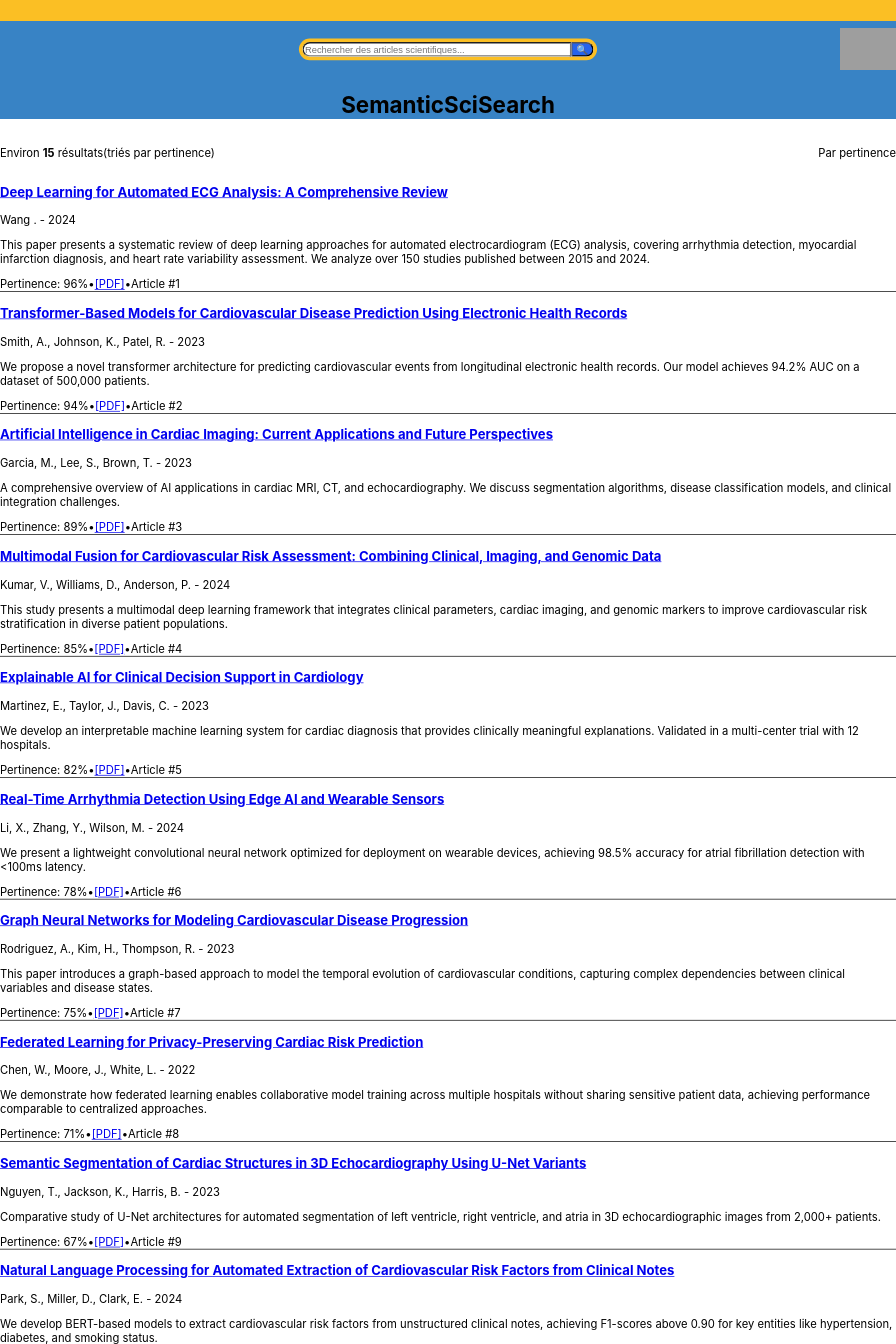
Repository: elh33/SemanticSciSearch
Page: / (app in frontend/)
An editor plug-in stored every save of this project. The page is shown before and after the next save, followed by the edit.
The browser window is 1280 px wide. The pictures show the part of the page from y = 0 to 1920 px (the page is 2766 px tall before and 2685 px after), at 70% of full size.
Pictures or frames that could not be fetched are drawn as grey boxes. The project was rebuilt for these pictures with package versions that can differ from the ones it lists, and the page was loaded fresh each time.

Above is the page before, as saved 2025-11-21 23:11:13.

### frontend/index.html
<!DOCTYPE html>
<html lang="en">
  <head>
    <meta charset="UTF-8" />
    <meta name="viewport" content="width=device-width, initial-scale=1.0" />
    <title>SemanticSciSearch</title>
  </head>
  <body>
    <div id="root"></div>
    <script type="module" src="/src/index.tsx"></script>
  </body>
</html>

### frontend/src/index.tsx
import React from 'react';
import ReactDOM from 'react-dom';
import App from './App';
import './index.css';

ReactDOM.render(
  <React.StrictMode>
    <App />
  </React.StrictMode>,
  document.getElementById('root')
);

### frontend/src/App.tsx
import React from 'react';
// Importe le composant de recherche principal
import SearchResults from './components/SearchResults';

// Le composant App.tsx est le conteneur principal de l'application.
function App() {
  return (
    // Utilisation d'un fragment React (<>...</>) ou d'un <div> si tu as des styles globaux
    <>
      {/* Le composant SearchResults contient maintenant :
        - Le titre et le sous-titre de l'application.
        - La barre de recherche.
        - L'orchestration de la logique (appels à api.ts).
        - L'affichage de la liste des ArticleCard.
      */}
      <SearchResults />
    </>
  );
}

export default App;

### frontend/src/components/SearchResults.tsx
import React, { useState, useEffect } from 'react';
import { Article } from '../types';
import { searchArticles } from '../services/api';
import ArticleCard from './ArticleCard';

const SearchResults: React.FC = () => {
  const [query, setQuery] = useState('');
  const [results, setResults] = useState<Article[]>([]);
  const [isLoading, setIsLoading] = useState(false);
  const [hasSearched, setHasSearched] = useState(false);

  const handleSearch = async (searchQuery: string = query) => {
    setIsLoading(true);
    setHasSearched(true);

    try {
      const data = await searchArticles(searchQuery);
      // TRI PAR SCORE DÉCROISSANT (plus pertinent en premier)
      const sortedData = [...data].sort((a, b) => b.score - a.score);
      setResults(sortedData);
    } catch (error) {
      console.error("Erreur lors de la recherche:", error);
      setResults([]);
    } finally {
      setIsLoading(false);
    }
  };

  // Recherche initiale au chargement
  useEffect(() => {
    handleSearch('');
  }, []);

  const handleSubmit = (e: React.FormEvent) => {
    e.preventDefault();
    handleSearch();
  };

  return (
    <div className="min-h-screen bg-white">
      {/* BARRE JAUNE EN HAUT */}
      <div style={{ backgroundColor: '#fbbf24', height: '30px' }} className="w-full"></div>

      {/* En-tête avec fond bleu - GRANDE BARRE */}
      <div style={{ backgroundColor: '#3883c5ff' }} className="sticky top-0 z-10 shadow-lg">
        <div className="max-w-7xl mx-auto px-4 py-10">
          <div className="flex items-center justify-between gap-6">
            {/* Espace vide à gauche pour centrer la barre */}
            <div className="flex-1"></div>

            {/* Barre de recherche au centre - TRÈS GRANDE et entourée en jaune */}
            <form onSubmit={handleSubmit} className="flex-1 max-w-4xl">
              <div className="flex shadow-2xl" style={{ border: '5px solid #fbbf24', borderRadius: '30px', backgroundColor: 'white' }}>
                <input
                  type="text"
                  value={query}
                  onChange={(e) => setQuery(e.target.value)}
                  placeholder="Rechercher des articles scientifiques..."
                  className="flex-grow px-10 py-5 text-xl outline-none"
                  style={{ borderRadius: '12px 0 0 12px' }}
                />
                <button
                  type="submit"
                  className="px-10 py-5 text-white text-xl font-bold hover:opacity-90 transition-opacity"
                  style={{ backgroundColor: '#2563eb', borderRadius: '0 12px 12px 0' }}
                >
                  🔍
                </button>
              </div>
            </form>

            {/* Logo fleur.png à droite */}
            <div className="flex-1 flex justify-end">
              <img
                src="/fleur.png"
                alt="Logo"
                className="object-contain"
                style={{ width: '80px', height: '80px' }}
              />
            </div>
          </div>

          {/* Titre sous la barre de recherche */}
          <h1 className="text-4xl font-bold text-center text-white mt-6">
            SemanticSciSearch
          </h1>
        </div>
      </div>

      {/* Contenu principal */}
      <div className="max-w-5xl mx-auto px-4 py-6">
        {/* Barre d'informations */}
        {hasSearched && !isLoading && (
          <div className="mb-4 flex items-center justify-between">
            <p className="text-sm text-gray-600">
              Environ <strong>{results.length}</strong> résultat{results.length > 1 ? 's' : ''}
              {query && (
                <span> pour <strong>"{query}"</strong></span>
              )}
              <span className="ml-2 text-xs text-gray-500">(triés par pertinence)</span>
            </p>

            {/* Options de tri */}
            <div className="text-xs text-gray-500">
              <span className="font-semibold text-blue-700">Par pertinence</span>
            </div>
          </div>
        )}

        {/* Indicateur de chargement */}
        {isLoading && (
          <div className="flex items-center justify-center py-12">
            <div className="flex flex-col items-center gap-3">
              <div className="animate-spin rounded-full h-10 w-10 border-b-2 border-blue-600"></div>
              <p className="text-gray-600 text-sm">Recherche en cours...</p>
            </div>
          </div>
        )}

        {/* Liste des résultats */}
        {!isLoading && (
          <div className="bg-white">
            {results.length > 0 ? (
              results.map((article) => (
                <ArticleCard key={article.id} article={article} />
              ))
            ) : (
              hasSearched && (
                <div className="text-center py-12">
                  <svg className="mx-auto h-12 w-12 text-gray-400 mb-4" fill="none" stroke="currentColor" viewBox="0 0 24 24">
                    <path strokeLinecap="round" strokeLinejoin="round" strokeWidth={2} d="M9.172 16.172a4 4 0 015.656 0M9 10h.01M15 10h.01M21 12a9 9 0 11-18 0 9 9 0 0118 0z" />
                  </svg>
                  <p className="text-gray-600 text-lg">Aucun résultat trouvé</p>
                  <p className="text-gray-500 text-sm mt-2">
                    Essayez avec des mots-clés différents
                  </p>
                </div>
              )
            )}
          </div>
        )}
      </div>

      {/* Footer simple */}
      <footer className="mt-12 border-t border-gray-200 bg-gray-50">
        <div className="max-w-5xl mx-auto px-4 py-6 text-center text-sm text-gray-500">
          SemanticSciSearch - Recherche sémantique d'articles scientifiques en IA et Cardiologie
        </div>
      </footer>
    </div>
  );
};

export default SearchResults;

### frontend/src/services/api.ts
import { Article } from '../types';
import { MOCK_RESULTS } from '../data/mockData';
import axios from 'axios';

// 💡 INTERRUPTEUR : Passez à 'false' (ou commentez/supprimez) cette ligne
// UNIQUEMENT lorsque le Back-End FastAPI est prêt.
const USE_MOCK_DATA = true;

// URL de base lue depuis le .env pour le mode production
// Le .env doit contenir VITE_API_URL=http://localhost:8000
const API_BASE_URL = 'http://localhost:8000';

/**
 * Fonction principale de recherche d'articles.
 * Elle utilise soit les données mockées, soit l'API réelle.
 * @param query Le texte de la requête de l'utilisateur.
 * @returns Une promesse qui résout vers un tableau d'articles.
 */
export const searchArticles = async (query: string): Promise<Article[]> => {
  if (USE_MOCK_DATA) {
    // --- MODE MOCKÉ ---
    console.log(`[MOCK] Simulation de recherche pour: "${query}"`);

    // 1. Simuler le délai réseau (500ms) pour une meilleure expérience utilisateur
    await new Promise(resolve => setTimeout(resolve, 500));

    // 2. Simuler un filtre simple (recherche du mot-clé dans le titre)
    // S'il n'y a pas de requête (query vide), on renvoie tout.
    const lowerCaseQuery = query.toLowerCase();

    return MOCK_RESULTS.filter(article =>
        article.title.toLowerCase().includes(lowerCaseQuery) || lowerCaseQuery.length === 0
    );

  } else {
    // --- MODE PRODUCTION (Axios) ---
    console.log(`[AXIOS] Requête réelle vers: ${API_BASE_URL}/search pour: "${query}"`);

    try {
      // 1. Envoi de la requête POST à FastAPI
      const response = await axios.post(`${API_BASE_URL}/search`, { query });

      // 2. Retourne les données (TypeScript vérifie que c'est un tableau d'Articles)
      return response.data as Article[];

    } catch (error) {
      console.error("Erreur lors de l'appel à l'API de recherche:", error);
      // En cas d'échec de l'API, on renvoie un tableau vide
      return [];
    }
  }
};

### frontend/src/components/ArticleCard.tsx
import React from 'react';
import { Article } from '../types';

interface ArticleCardProps {
  article: Article;
}

const ArticleCard: React.FC<ArticleCardProps> = ({ article }) => {
  const scorePercent = (article.score * 100).toFixed(0);

  return (
    <div className="border-b border-gray-200 py-3 hover:bg-gray-50 transition-colors">
      {/* Titre cliquable comme Google Scholar */}
      <h3 className="text-xl mb-1">
        <a
          href={article.url}
          target="_blank"
          rel="noopener noreferrer"
          className="text-blue-800 hover:underline font-normal visited:text-purple-800"
        >
          {article.title}
        </a>
      </h3>

      {/* Auteurs et année */}
      <p className="text-sm text-gray-600 mb-2">
        {article.authors} - <span className="font-medium">{article.year}</span>
      </p>

      {/* Résumé */}
      <p className="text-sm text-gray-700 leading-relaxed mb-2">
        {article.abstract}
      </p>

      {/* Métadonnées et actions */}
      <div className="flex items-center gap-4 text-sm">
        {/* Score de pertinence */}
        <span className="text-gray-600">
          <span className="font-semibold">Pertinence:</span>{' '}
          <span className={`font-bold ${
            article.score > 0.8 ? 'text-green-600' :
            article.score > 0.5 ? 'text-yellow-600' :
            'text-gray-500'
          }`}>
            {scorePercent}%
          </span>
        </span>

        {/* Séparateur */}
        <span className="text-gray-400">•</span>

        {/* Lien PDF */}
        <a
          href={article.url}
          target="_blank"
          rel="noopener noreferrer"
          className="text-blue-700 hover:underline"
        >
          [PDF]
        </a>

        {/* Séparateur */}
        <span className="text-gray-400">•</span>

        {/* ID de l'article */}
        <span className="text-gray-400 text-xs">
          Article #{article.id}
        </span>
      </div>
    </div>
  );
};

export default ArticleCard;

### frontend/src/data/mockData.ts
import { Article } from '../types';

export const MOCK_RESULTS: Article[] = [
  {
    id: '1',
    title: 'Deep Learning for Automated ECG Analysis: A Comprehensive Review',
    abstract: "This paper presents a systematic review of deep learning approaches for automated electrocardiogram (ECG) analysis, covering arrhythmia detection, myocardial infarction diagnosis, and heart rate variability assessment. We analyze over 150 studies published between 2015 and 2024.",
    authors: "Wang .",
    year: 2024,
    score: 0.96,
    url: 'https://arxiv.org/pdf/2301.04634'
  },
  {
    id: '2',
    title: 'Transformer-Based Models for Cardiovascular Disease Prediction Using Electronic Health Records',
    abstract: "We propose a novel transformer architecture for predicting cardiovascular events from longitudinal electronic health records. Our model achieves 94.2% AUC on a dataset of 500,000 patients.",
    authors: "Smith, A., Johnson, K., Patel, R.",
    year: 2023,
    score: 0.94,
    url: 'https://arxiv.org/pdf/2305.12987'
  },
  {
    id: '3',
    title: 'Artificial Intelligence in Cardiac Imaging: Current Applications and Future Perspectives',
    abstract: "A comprehensive overview of AI applications in cardiac MRI, CT, and echocardiography. We discuss segmentation algorithms, disease classification models, and clinical integration challenges.",
    authors: "Garcia, M., Lee, S., Brown, T.",
    year: 2023,
    score: 0.89,
    url: 'https://arxiv.org/pdf/2203.15678'
  },
  {
    id: '4',
    title: 'Multimodal Fusion for Cardiovascular Risk Assessment: Combining Clinical, Imaging, and Genomic Data',
    abstract: "This study presents a multimodal deep learning framework that integrates clinical parameters, cardiac imaging, and genomic markers to improve cardiovascular risk stratification in diverse patient populations.",
    authors: "Kumar, V., Williams, D., Anderson, P.",
    year: 2024,
    score: 0.85,
    url: '/documents/multimodal-cardio-risk.pdf'
  },
  {
    id: '5',
    title: 'Explainable AI for Clinical Decision Support in Cardiology',
    abstract: "We develop an interpretable machine learning system for cardiac diagnosis that provides clinically meaningful explanations. Validated in a multi-center trial with 12 hospitals.",
    authors: "Martinez, E., Taylor, J., Davis, C.",
    year: 2023,
    score: 0.82,
    url: 'https://arxiv.org/pdf/2511.13703.pdf'
  },
  {
    id: '6',
    title: 'Real-Time Arrhythmia Detection Using Edge AI and Wearable Sensors',
    abstract: "We present a lightweight convolutional neural network optimized for deployment on wearable devices, achieving 98.5% accuracy for atrial fibrillation detection with <100ms latency.",
    authors: "Li, X., Zhang, Y., Wilson, M.",
    year: 2024,
    score: 0.78,
    url: '/documents/edge-ai-arrhythmia.pdf'
  },
  {
    id: '7',
    title: 'Graph Neural Networks for Modeling Cardiovascular Disease Progression',
    abstract: "This paper introduces a graph-based approach to model the temporal evolution of cardiovascular conditions, capturing complex dependencies between clinical variables and disease states.",
    authors: "Rodriguez, A., Kim, H., Thompson, R.",
    year: 2023,
    score: 0.75,
    url: 'https://arxiv.org/pdf/2204.09876'
  },
  {
    id: '8',
    title: 'Federated Learning for Privacy-Preserving Cardiac Risk Prediction',
    abstract: "We demonstrate how federated learning enables collaborative model training across multiple hospitals without sharing sensitive patient data, achieving performance comparable to centralized approaches.",
    authors: "Chen, W., Moore, J., White, L.",
    year: 2022,
    score: 0.71,
    url: '/documents/federated-cardiac.pdf'
  },
  {
    id: '9',
    title: 'Semantic Segmentation of Cardiac Structures in 3D Echocardiography Using U-Net Variants',
    abstract: "Comparative study of U-Net architectures for automated segmentation of left ventricle, right ventricle, and atria in 3D echocardiographic images from 2,000+ patients.",
    authors: "Nguyen, T., Jackson, K., Harris, B.",
    year: 2023,
    score: 0.67,
    url: '/documents/3d-echo-segmentation.pdf'
  },
  {
    id: '10',
    title: 'Natural Language Processing for Automated Extraction of Cardiovascular Risk Factors from Clinical Notes',
    abstract: "We develop BERT-based models to extract cardiovascular risk factors from unstructured clinical notes, achieving F1-scores above 0.90 for key entities like hypertension, diabetes, and smoking status.",
    authors: "Park, S., Miller, D., Clark, E.",
    year: 2024,
    score: 0.64,
    url: 'https://arxiv.org/pdf/2302.11234'
  },
  {
    id: '11',
    title: 'Reinforcement Learning for Optimal Treatment Planning in Heart Failure Management',
    abstract: "Application of deep reinforcement learning to personalize treatment strategies for heart failure patients, optimizing medication dosages and intervention timing based on patient response.",
    authors: "Ahmed, R., Lewis, G., Young, N.",
    year: 2022,
    score: 0.58,
    url: '/documents/rl-heart-failure.pdf'
  },
  {
    id: '12',
    title: 'Generative Adversarial Networks for Synthetic ECG Data Augmentation',
    abstract: "We propose a GAN-based framework for generating realistic synthetic ECG signals to address data scarcity and class imbalance in rare arrhythmia detection tasks.",
    authors: "Hoffman, P., Scott, A., King, V.",
    year: 2023,
    score: 0.52,
    url: '/documents/gan-ecg-augmentation.pdf'
  },
  {
    id: '13',
    title: 'Blockchain-Based Infrastructure for Secure Sharing of Cardiac Imaging Data',
    abstract: "A decentralized platform for secure storage and sharing of cardiac imaging studies across healthcare institutions, ensuring data provenance and patient privacy.",
    authors: "Green, T., Adams, F., Wright, M.",
    year: 2022,
    score: 0.45,
    url: '/documents/blockchain-cardiac-imaging.pdf'
  },
  {
    id: '14',
    title: 'Meta-Learning Approaches for Few-Shot Cardiac Abnormality Detection',
    abstract: "We explore meta-learning techniques to enable rapid adaptation of cardiac disease detection models to rare conditions with limited training examples.",
    authors: "Baker, L., Turner, S., Phillips, O.",
    year: 2023,
    score: 0.38,
    url: '/documents/meta-learning-cardiac.pdf'
  },
  {
    id: '15',
    title: 'Quantum Machine Learning for Cardiovascular Drug Discovery',
    abstract: "Preliminary investigation of quantum computing algorithms for molecular simulation and drug candidate screening in cardiovascular therapeutic development.",
    authors: "Collins, R., Morris, J., Cooper, W.",
    year: 2024,
    score: 0.22,
    url: '/documents/quantum-ml-cardio.pdf'
  }
];

Loaded but not shown: frontend/src/index.css (common file)

After the next save:
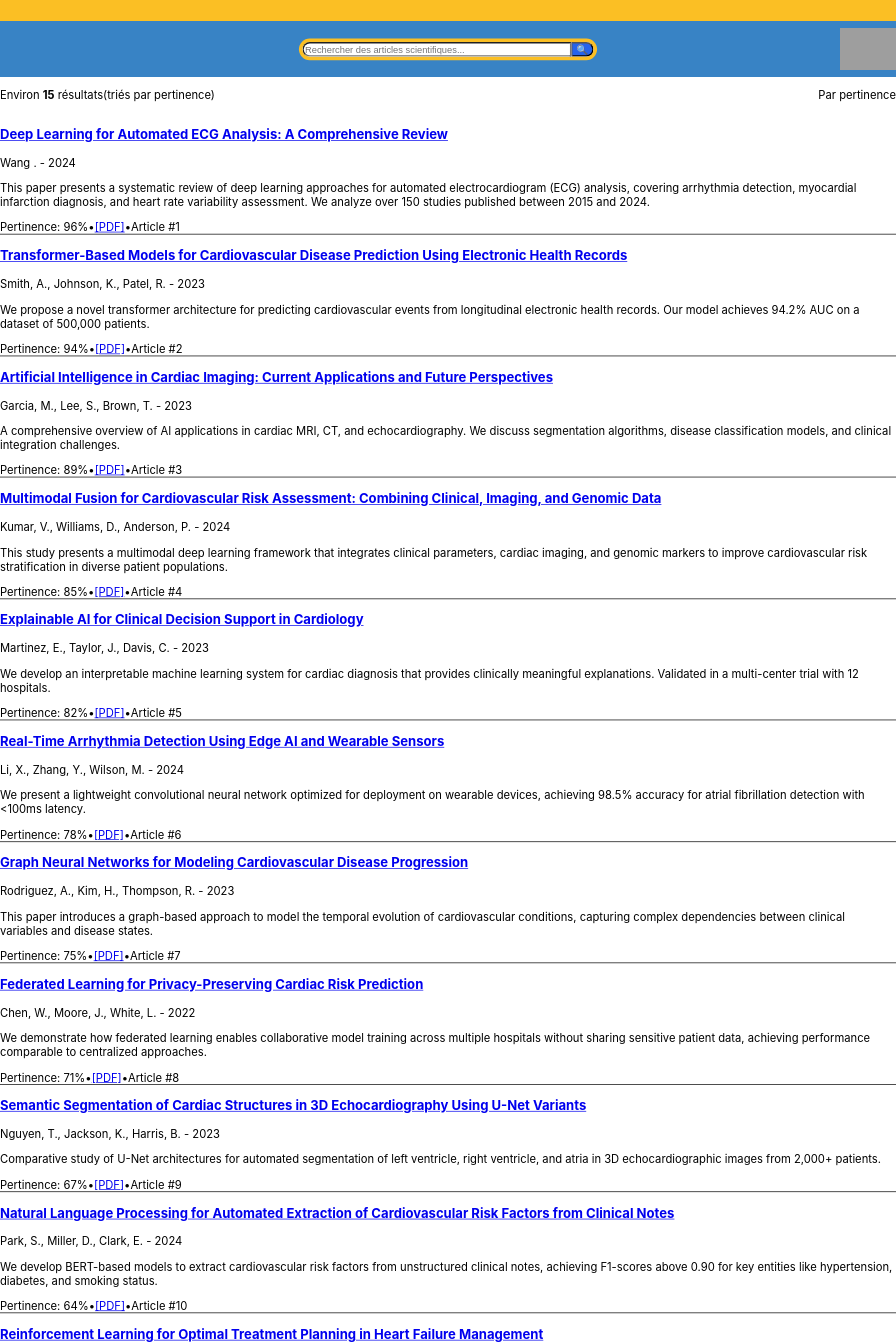
Saved 62 s later.
--- a/frontend/src/components/SearchResults.tsx
+++ b/frontend/src/components/SearchResults.tsx
@@ -80,10 +80,7 @@
             </div>
           </div>
 
-          {/* Titre sous la barre de recherche */}
-          <h1 className="text-4xl font-bold text-center text-white mt-6">
-            SemanticSciSearch
-          </h1>
+
         </div>
       </div>
 

After the save that followed:
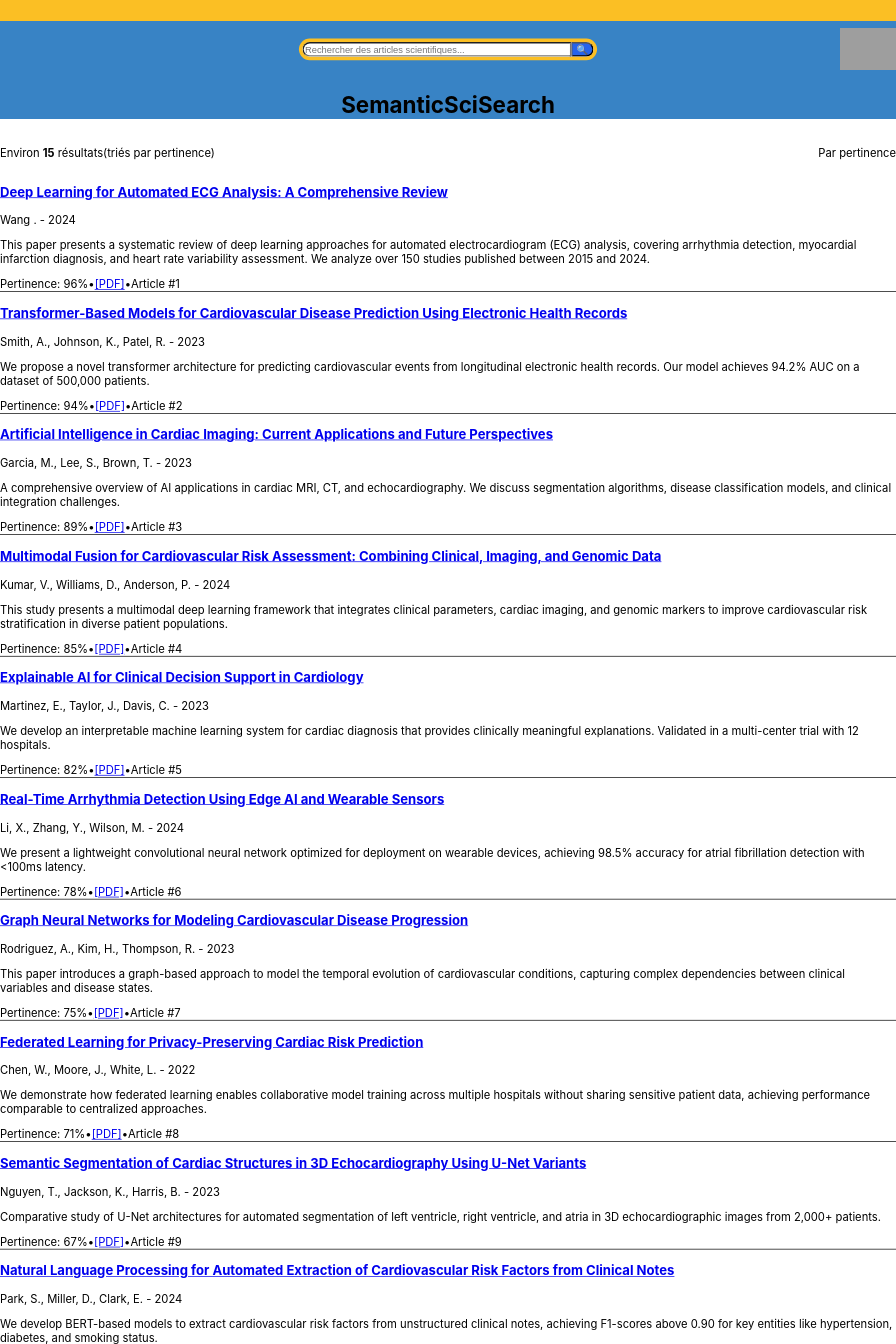
Saved 21 s later.
--- a/frontend/src/components/SearchResults.tsx
+++ b/frontend/src/components/SearchResults.tsx
@@ -80,7 +80,10 @@
             </div>
           </div>
 
-
+          {/* Titre sous la barre de recherche */}
+          <h1 className="text-4xl font-bold text-center text-white mt-6">
+            SemanticSciSearch
+          </h1>
         </div>
       </div>
 
